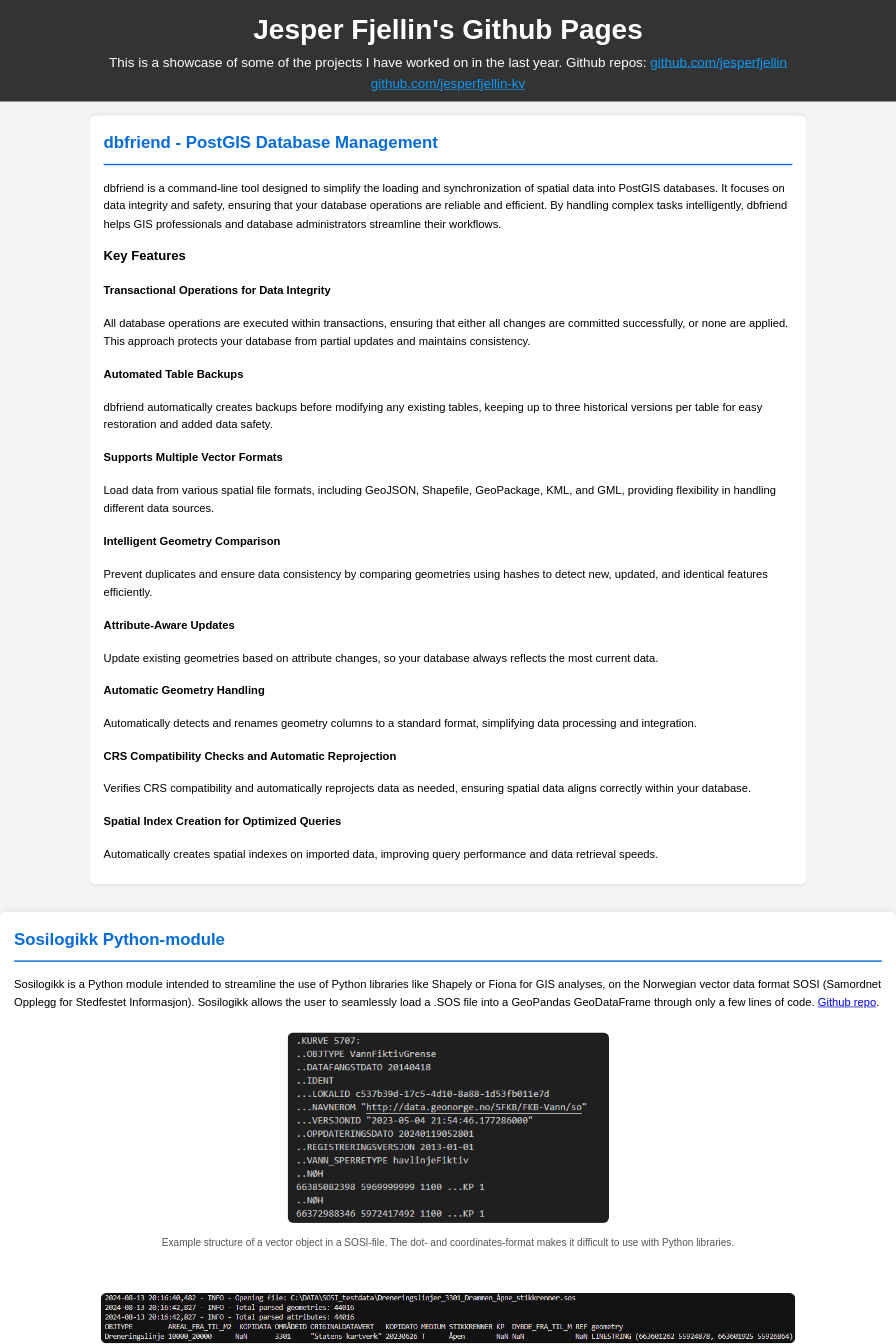
Repository: jesperfjellin/jesper-fjellin-pages
Page: index.html
The author's editor kept a copy of each file at every save. The page is drawn from the files as they stood at one save, then again after the next save.
The browser window is 1280 px wide. The pictures show the part of the page from y = 0 to 1920 px (the page is 4628 px tall before and 4770 px after), at 70% of full size.

Above is the page before, as saved 2024-11-08 00:01:21.

After the next save:
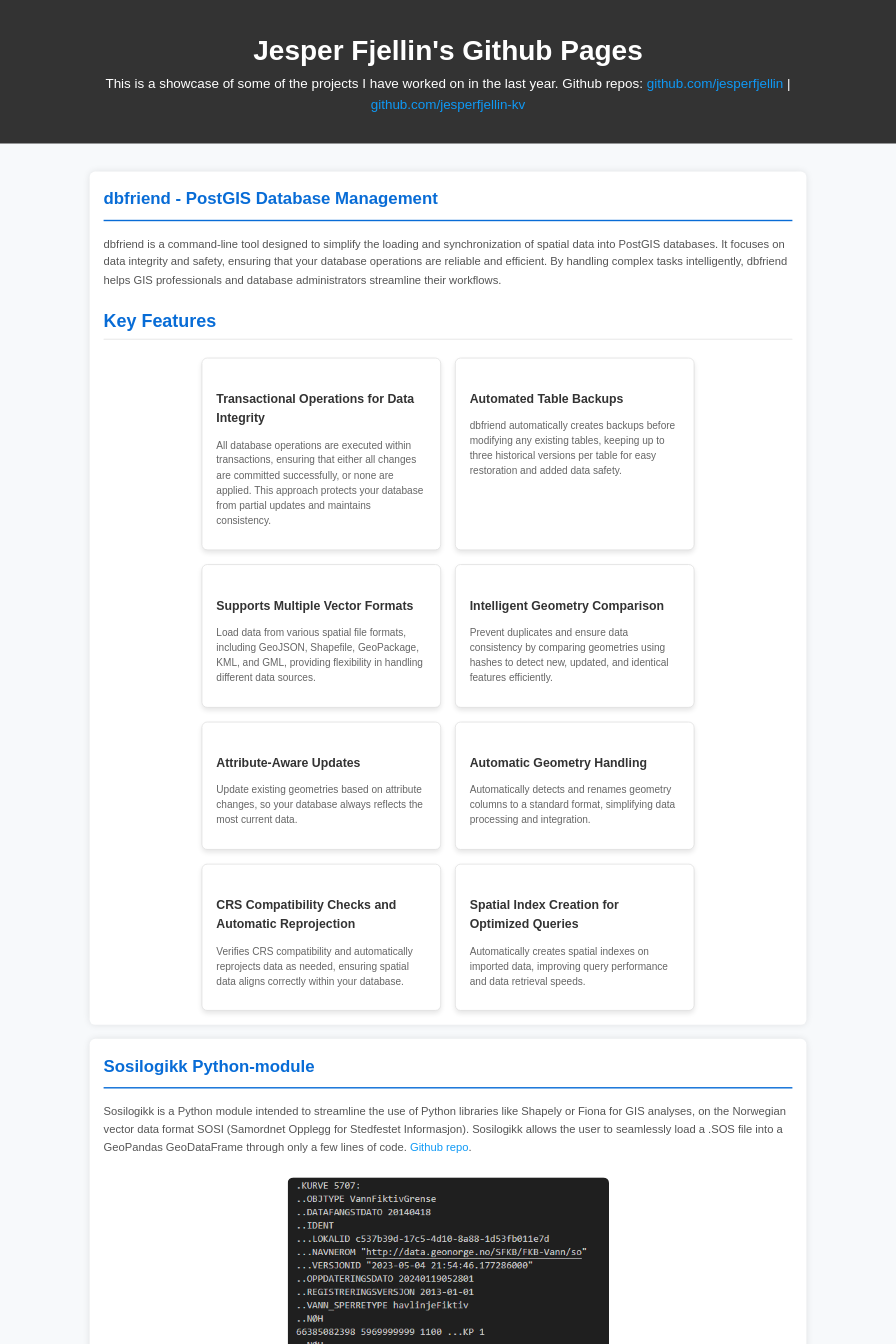
Saved 4 min 47 s later.
--- a/index.html
+++ b/index.html
@@ -5,17 +5,28 @@
     <meta name="viewport" content="width=device-width, initial-scale=1.0">
     <title>Jesper Fjellin's Github Pages</title>
     <style>
+        /* General Styles */
         body {
             font-family: Arial, sans-serif;
             line-height: 1.6;
             margin: 0;
             padding: 0;
-            background-color: #f4f4f4;
-        }
+            background-color: #f7f9fb;
+            color: #333;
+        }
+        a {
+            color: #0f99f5;
+            text-decoration: none;
+        }
+        a:hover {
+            text-decoration: underline;
+        }
+
+        /* Header */
         header {
             background-color: #333;
             color: #fff;
-            padding: 10px 0;
+            padding: 20px 0;
             text-align: center;
         }
         header h1 {
@@ -26,11 +37,17 @@
             margin: 0;
             font-size: 1.2em;
         }
+
+        /* Container */
         .container {
             width: 80%;
+            max-width: 1200px;
             margin: auto;
             overflow: hidden;
-        }
+            padding: 20px;
+        }
+
+        /* Project Section */
         .project {
             background-color: #fff;
             margin: 20px 0;
@@ -46,6 +63,7 @@
         }
         .project p {
             margin-bottom: 10px;
+            color: #555;
         }
         .project iframe {
             border: none;
@@ -54,6 +72,8 @@
             border-radius: 8px;
             margin-bottom: 10px;
         }
+
+        /* Centered Content */
         .centered-content {
             padding: 10px;
             margin: 0 auto 20px auto;
@@ -69,6 +89,49 @@
             margin-top: 10px;
             font-size: 0.9em;
             color: #555;
+        }
+
+        /* Features Section */
+        .features {
+            margin-top: 20px;
+        }
+        .features h3 {
+            font-size: 1.6em;
+            color: #086cd6;
+            border-bottom: 1px solid #ddd;
+            padding-bottom: 5px;
+        }
+        .feature-cards {
+            display: flex;
+            flex-wrap: wrap;
+            gap: 20px;
+            justify-content: center;
+            margin-top: 10px;
+        }
+        .feature-card {
+            background-color: #fff;
+            border: 1px solid #ddd;
+            border-radius: 8px;
+            box-shadow: 0 4px 8px rgba(0, 0, 0, 0.1);
+            padding: 20px;
+            width: 300px;
+            max-width: 100%;
+            text-align: left;
+            transition: transform 0.2s ease, box-shadow 0.2s ease;
+        }
+        .feature-card:hover {
+            transform: translateY(-5px);
+            box-shadow: 0 6px 12px rgba(0, 0, 0, 0.15);
+        }
+        .feature-card h4 {
+            color: #333;
+            font-size: 1.1em;
+            margin-bottom: 10px;
+        }
+        .feature-card p {
+            color: #666;
+            font-size: 0.9em;
+            line-height: 1.5;
         }
     </style>
 </head>
@@ -77,9 +140,9 @@
         <div class="container">
             <h1>Jesper Fjellin's Github Pages</h1>
             <p>This is a showcase of some of the projects I have worked on in the last year.
-                Github repos: <a href="https://github.com/jesperfjellin" target="_blank" style="color: #0f99f5;">github.com/jesperfjellin</a>
-                <a href="https://github.com/jesperfjellin-kv" target="_blank" style="color: #0f99f5;">github.com/jesperfjellin-kv</a></p>
-                        </div>
+                Github repos: <a href="https://github.com/jesperfjellin" target="_blank">github.com/jesperfjellin</a> |
+                <a href="https://github.com/jesperfjellin-kv" target="_blank">github.com/jesperfjellin-kv</a></p>
+        </div>
     </header>
 
     <div class="container">
@@ -127,7 +190,6 @@
                 </div>
             </div>
         </div>
-    </div>
 
         <!-- Project 2 -->
         <div class="project">
@@ -151,6 +213,7 @@
                 <p>Drainage lines in Flatgeobuf format visualized in QGIS.</p>
             </div>
         </div>
+
         <!-- Project 3 -->
         <div class="project">
             <h2>Map Extractor: Retrieve text from PDFs</h2>
@@ -175,6 +238,7 @@
                 <p>Preprocess_image function in the Map_Extractor.py script.</p>
             </div>
             <p>Potential further work: if you have all attributes displayed on the PDF, it should be possible to automatically create valid vector geometry from printed maps. This will require post-processing of the output data, to put it into a valid GeoJSON/GML/whatever structure, but also to clean up errors the OCR might have made. </p>
+        </div>
     </div>
 </body>
 </html>
